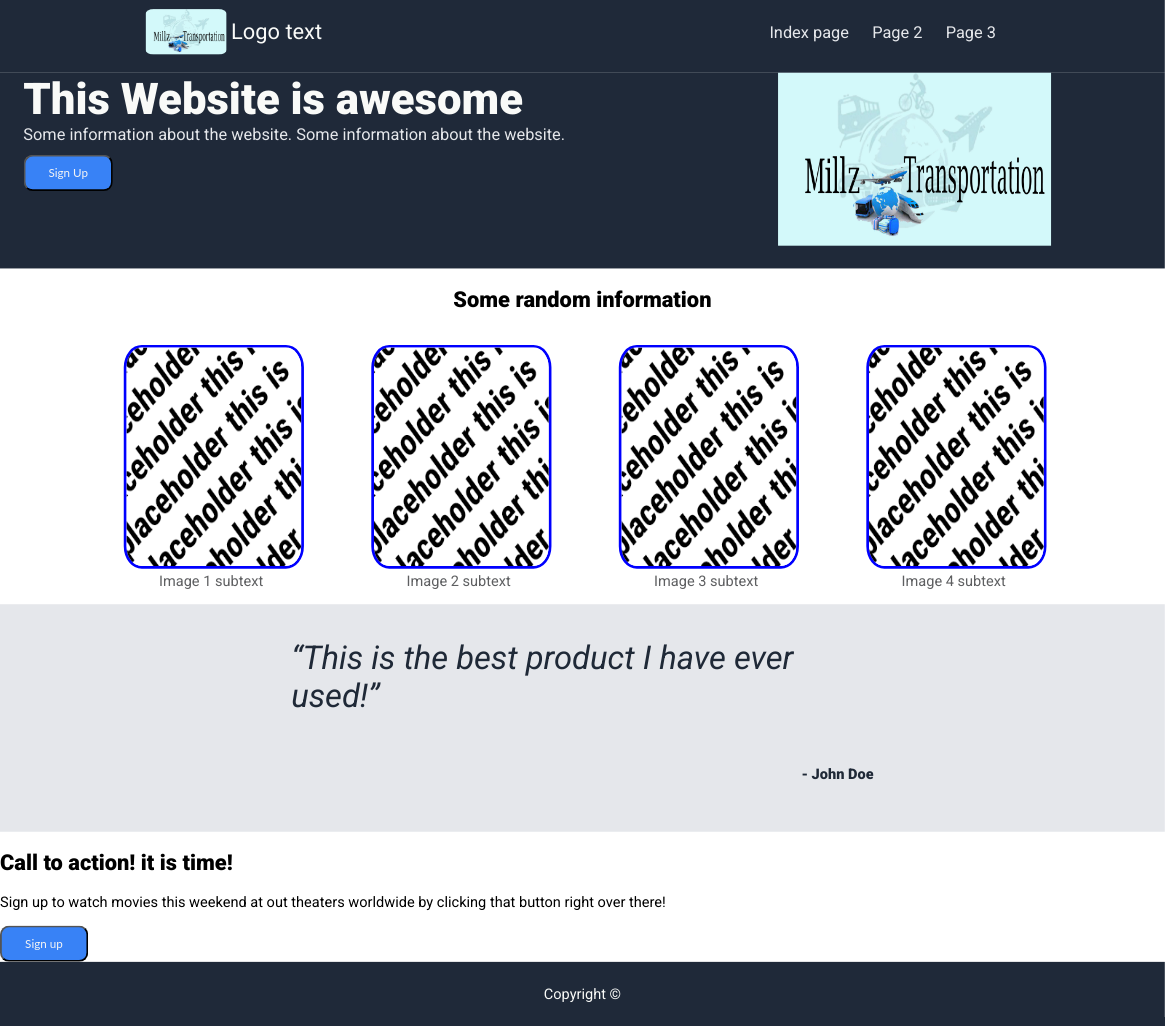
Repository: MikkyPrestige/css-assignment
Page: index.html
These files come from the project's save history. The page is drawn as it stood at one moment and after the next save; the edit follows.
The browser window is 1280 px wide. The pictures show the whole page, at 91% of full size.

Above is the page before, as saved 2023-04-27 02:27:20.

### index.html
<!DOCTYPE html>
<html lang="en">

<head>
  <meta charset="UTF-8">
  <meta http-equiv="X-UA-Compatible" content="IE=edge">
  <meta name="viewport" content="width=device-width, initial-scale=1.0">
  <link rel="stylesheet" href="./styles/index.css">
  <title>Assignment</title>
</head>

<body>
  <header>
    <div class="header">
      <div class="header-logo">
        <img src="./images/TransportationIcon3.jpg" alt="Company logo">
        <p>Logo text</p>
      </div>
      <nav>
        <a class="header-link" href="./index.html">Index page</a>
        <a class="header-link" href="./pages/extraPage1.html">Page 2</a>
        <a class="header-link" href="./pages/extraPage2.html">Page 3</a>
      </nav>
    </div>
  </header>

  <main>
    <!-- Claimed by Ashley -->
    <div class="Section_1">
      <div class="Header_body">
        <div>
          <div class="Header_title">
            This Website is awesome
          </div>
          <div class="Header_text">
            Some information about the website. Some information about the website.
          </div>
          <button>Sign Up</button>
        </div>
        <img class="headerImage" src="./images/TransportationIcon3.jpg" alt="icon" />
      </div>
    </div>

    <!-- Claimed by Owen -->
    <div id="Section2">
      <h2>Some random information</h2>
      <div class="flex-image-container">
        <figure class="main-image">
          <img src="./images/placeholder1.png" alt="placeholder">
          <figcaption>Image 1 subtext</figcaption>
        </figure>
        <figure class="main-image">
          <img src="./images/placeholder1.png" alt="placeholder">
          <figcaption>Image 2 subtext</figcaption>
        </figure>
        <figure class="main-image">
          <img src="./images/placeholder1.png" alt="placeholder">
          <figcaption>Image 3 subtext</figcaption>
        </figure>
        <figure class="main-image">
          <img src="./images/placeholder1.png" alt="placeholder">
          <figcaption>Image 4 subtext</figcaption>
        </figure>
      </div>

    </div>

    <!-- Claimed by Alex -->
    <section class="section-3">
      <Selection class="review-slider">
        <div class="review-container">
          <div class="review">
            <q class="review-text">This is the best product I have ever used!</q>
            <p class="review-author">- John Doe</p>
          </div>

          <div class="review">
            <q class="review-text">I love this product! It has made my life so much easier.</q>
            <p class="review-author">- Jane Smith</p>
          </div>

          <div class="review">
            <q class="review-text">I highly recommend this product to anyone.</q>
            <p class="review-author">- Tom Johnson</p>
          </div>

          <div class="review">
            <q class="review-text">This is the best product I have ever used!</q>
            <p class="review-author">- John Doe 2</p>
          </div>

          <div class="review">
            <q class="review-text">I love this product! It has made my life so much easier.</q>
            <p class="review-author">- Jane Smith 2</p>
          </div>

          <div class="review">
            <q class="review-text">I highly recommend this product to anyone.</q>
            <p class="review-author">- Tom Johnson 2</p>
          </div>
        </div>
      </Selection>
    </section>

    <section class="section4">
      <div class="section4-wrapper">
        <div class="section4-cta">
          <h2 class="section4-cta__title">Call to action! it is time!</h2>
          <p class="section4-cta__subtitle">Sign up to watch movies this weekend at out theaters worldwide by clicking
            that button right over there!
          </p>
        </div>
        <button class="section4-cta__btn">Sign up</button>
      </div>
    </section>
  </main>

  <footer>
    <div class="footer">
      <p>Copyright &copy</p>
    </div>
  </footer>
</body>

</html>

### styles/index.css
@import url('https://fonts.googleapis.com/css2?family=Roboto:ital,wght@0,400;0,900;1,400&display=swap');

/*  CSS variables defined here and referenced using var(--varName).
    Note: name must have '--' prefix */
:root {
    --review-count: 6;
}

body {
	font-family: 'Roboto', sans-serif;
	margin: 0;
}

/* CSS for page header */
header {
	padding-top: 10px;
	padding-bottom: 20px;
	background-color: #1F2939;
}
.header {
    margin: auto;
    height: 50px;
    width: 75%;
	display: flex;
	justify-content: space-between;
}

@media (max-width: 800px) {
	.header {
		flex-direction: column;
		align-items: center;
        height: 100px;
	}
}

.header nav {
	width: 300px;
	display: flex;
	justify-content: space-evenly;
}

.header-logo {
	display: flex;
    height: 100%;
	align-items: center;
}

@media (max-width: 800px) {
	.header-logo {
        height: 65%;
	}
}

.header-logo img {
	height: 100%;
	border-radius: 10%;
}

.header-logo p {
	padding-left: 5px;
	font-size: 24px;
	color: #F9FAF8;
}

.header-link {
	font-size: 18px;
	color: #E5E7EB;
	align-self: center;
}

.header-link:link {
	text-decoration: none;
}

.header-link:visited {
	text-decoration: none;
}

.header-link:hover {
	text-decoration: underline;
}

.header-link:active {
	text-decoration:none;
}

/*Css for Section 1 of the index */

.Section_1{
	background-color: #1F2939;
	padding-left: 2%;
}

h1{
	font-size: 24px;
	color: #F9FAF8;
}

.Header_body{
	display: flex;
	justify-content: space-between;
	padding-bottom: 2%;
}

.Header_title{
	font-size: 48px;
	color: #F9FAF8;
	font-weight: 800;
}

.Header_text{
	font-size: 18px;
	color: #E5E7EB;
	padding-bottom: 2%
}

button{
	padding: .8em 2em;
	border-radius: 10px;
	background-color: #3882F6;
	color: whitesmoke;
	font-family: 'Lato', sans-serif;
	font-size: .8em;
}

.headerImage{
	height: 190px;
	width: 300px;
	padding-right: 10%;
}

/* Css for Section 2 of the index */
#Section2 {
	text-align: center;
	width: 75%;
	margin: auto;
}

.flex-image-container {
	display: flex;
  flex-direction: row;
  flex-wrap: nowrap;
  justify-content: center;
  align-items: stretch;
  align-content: center;
}

@media (max-width: 800px) {
  .flex-image-container {
    flex-direction: column;
  }
}

.main-image {
	min-width: 20%;
}

.main-image img {
	width: 100%;
	height: 15em;
	border: 3px blue;
	border-style: solid;
	border-radius: 10%;
}

.main-image figcaption{
	color: #5e5f61;
}

/* CSS for section 3 of index */
.section-3 {
    height: 250px;
	background-color: #E5E7EB;
    display: flex;
    justify-content: center;
}

/* Automatic slideshow */
.review-slider {
    position: relative;
    margin: auto;
    width: 50%;
    height: 100%;
    overflow: hidden;
}

@media (max-width: 800px) {
    .review-slider {
      width: 75%;
    }
  }

.review-slider .review-container {
    position: absolute;
    width: calc(100% * var(--review-count));
    height: 100%;
    top: 0;
    left: 0;
    overflow: hidden;
    animation: slider 26s infinite;
}

.review-slider .review-container .review {
    position: relative;
    width: calc(100% / var(--review-count));
    height: 100%;
    display: flex;
    flex-direction: column;
    justify-content: space-evenly;
    float: left;
    overflow: hidden
}

.review-text {
    font-size: 36px;
    font-weight: 300;
    font-style: italic;
    color: #1F2937;
}

.review-author {
    font-weight: bold;
    color: #1F2937;
    align-self: end;
}

.Section4 {
		height: 100%;
		width: 100%;
}

@keyframes slider {
    0%, 25%, 100%{left: 0}

    30%, 55%{left: -100%}

    60%, 85%{left: -200%}
}

/* CSS for page footer */
footer {
    padding-top: 10px;
    padding-bottom: 10px;
	color: #F9FAF8;
	background-color: #1F2939;
}

.footer {
    margin: auto;
    width: 75%;
    text-align: center;
}

After the next save:
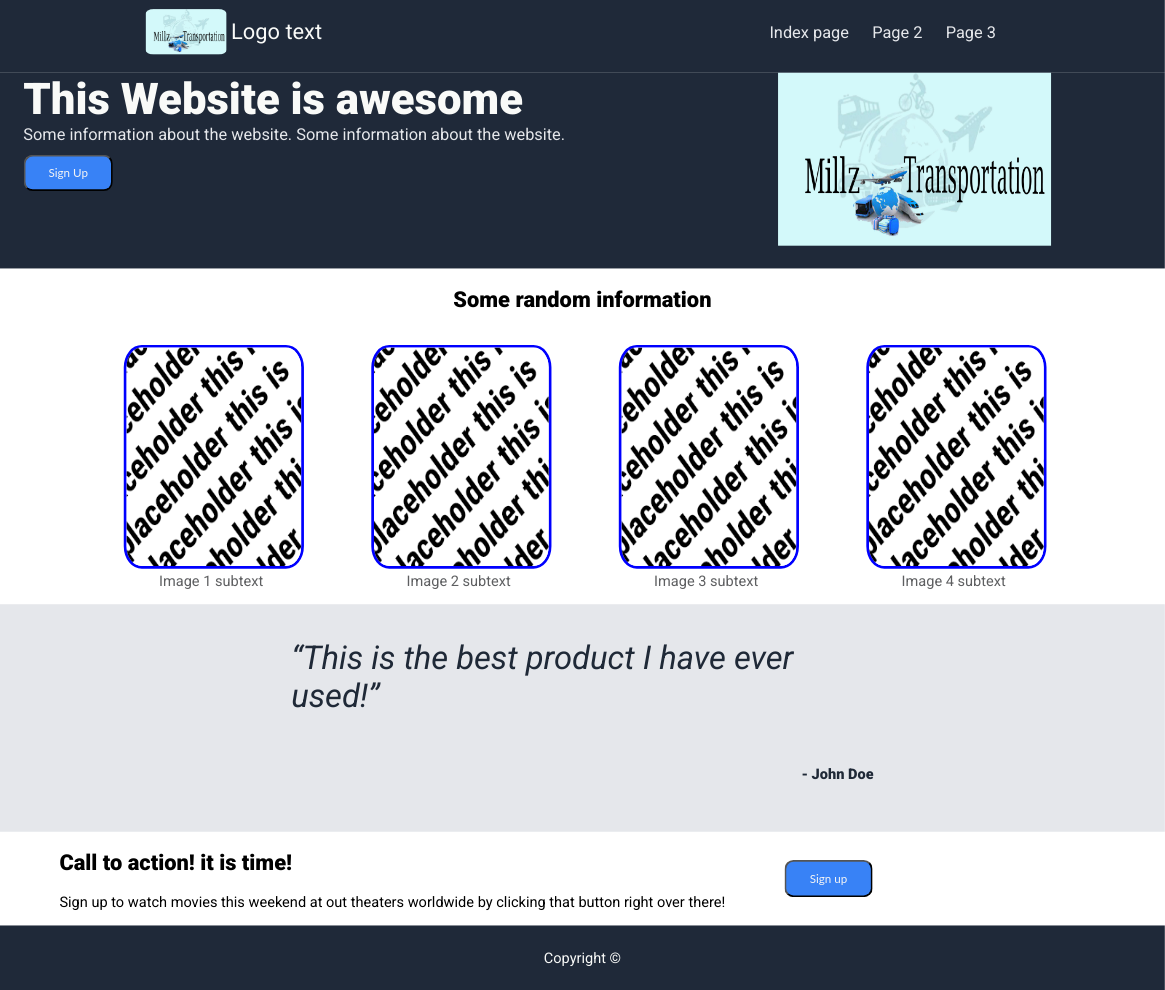
Saved 56 s later.
--- a/styles/index.css
+++ b/styles/index.css
@@ -229,6 +229,14 @@
 		width: 100%;
 }
 
+.section4-wrapper {
+		display: flex;
+		flex-direction: row;
+		justify-content: space-evenly;
+		align-items: center;
+		width: 80%;
+}
+
 @keyframes slider {
     0%, 25%, 100%{left: 0}
 
